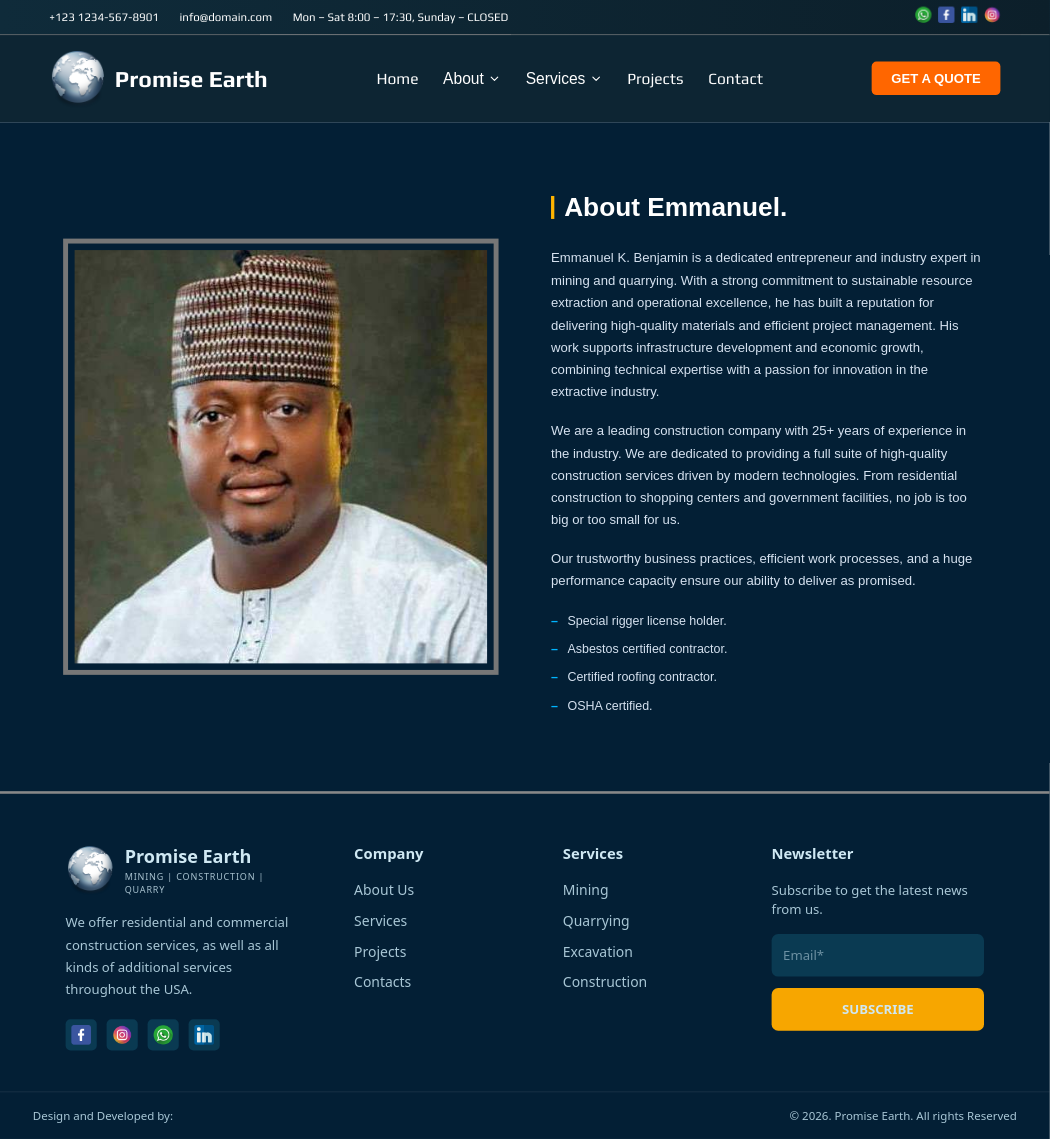
Repository: KC-Minchakpu/promise-earth
Page: /Emmanuel
The author's editor kept a copy of each file at every save. The page is drawn from the files as they stood at one save, then again after the next save.
The browser window is 1280 px wide. The pictures show the whole page, at 82% of full size.
The project was rebuilt for these pictures with package versions that can differ from the ones it lists, and the page was loaded fresh each time. The framework's server and built-in components were replaced by stand-ins that run in the browser. Also part of the build but not shown: next.config.ts.

Above is the page before, as saved 2026-02-27 13:28:31.

After the next save:
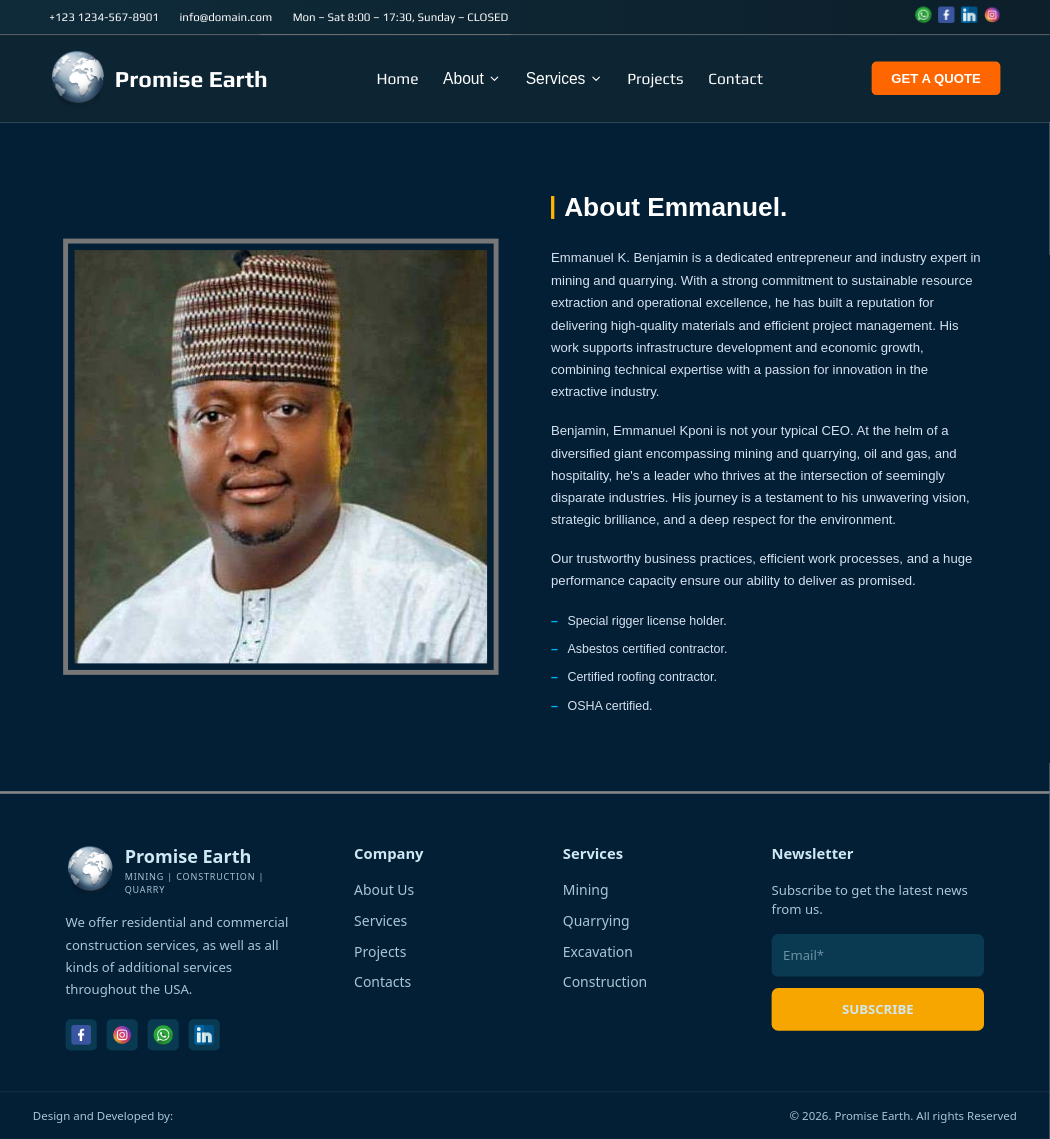
Saved 62 s later.
--- a/src/components/About/AboutEmmanuel.tsx
+++ b/src/components/About/AboutEmmanuel.tsx
@@ -31,11 +31,10 @@ const AboutEmmanuel = () => {
           </p>
 
           <p>
-            We are a leading construction company with 25+ years of experience
-            in the industry. We are dedicated to providing a full suite of
-            high-quality construction services driven by modern technologies.
-            From residential construction to shopping centers and government
-            facilities, no job is too big or too small for us.
+            Benjamin, Emmanuel Kponi is not your typical CEO. At the helm of a diversified giant
+            encompassing mining and quarrying, oil and gas, and hospitality, he&apos;s a leader who
+            thrives at the intersection of seemingly disparate industries. His journey is a testament
+            to his unwavering vision, strategic brilliance, and a deep respect for the environment.
           </p>
 
           <p>
